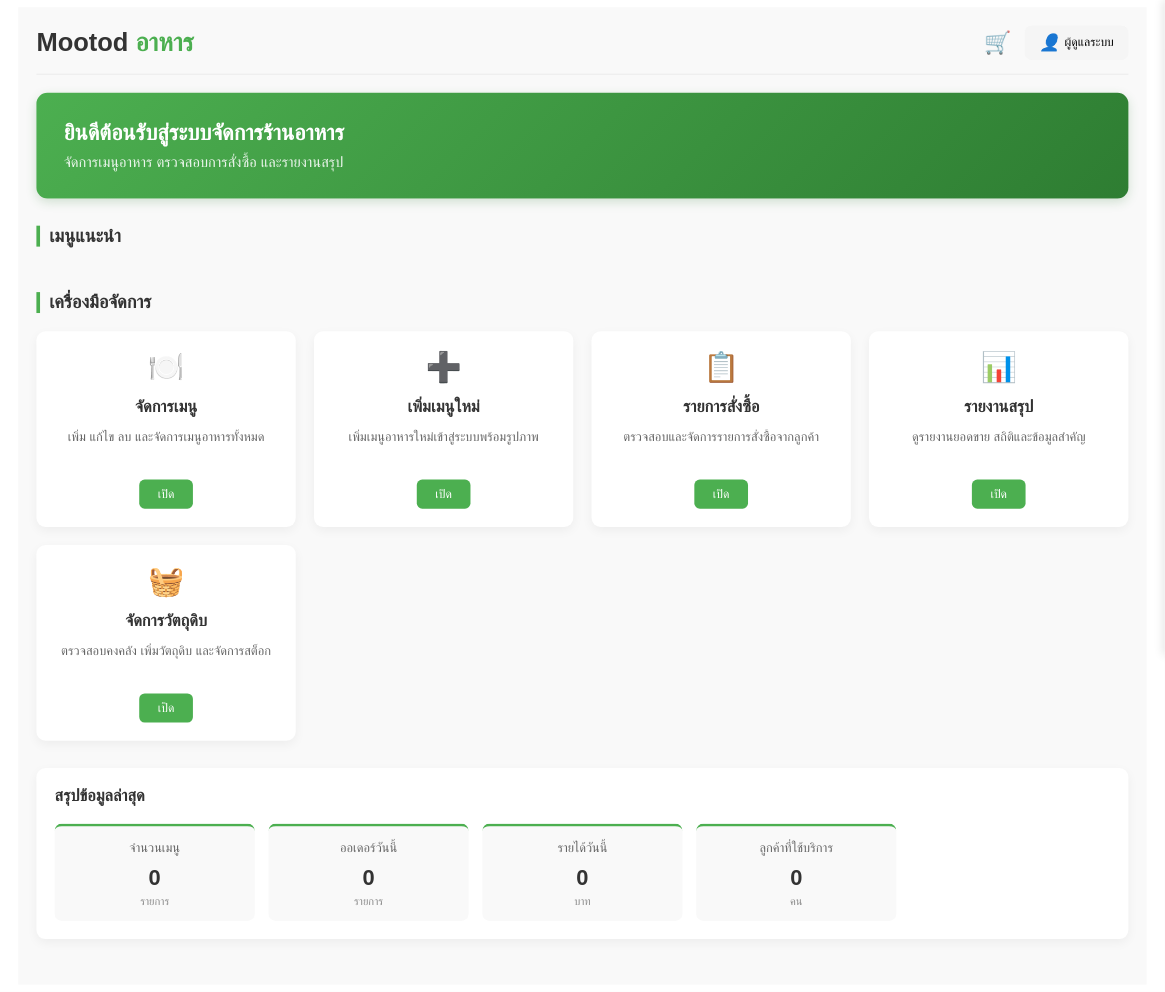
Repository: KwaunchaiJankaikot/mootod
Page: / (app in frontend/)
An editor plug-in stored every save of this project. The page is shown before and after a run of saves, followed by the edit.
The browser window is 1280 px wide. The pictures show the whole page, at 91% of full size.
The page's requests for data from a server got no answer. The project was rebuilt for these pictures with package versions that can differ from the ones it lists, and the page was loaded fresh each time. No one was signed in, and anything a server would have sent is missing. Also part of the build but not shown: frontend/vue.config.js, frontend/src/components/CheckoutPage.vue, frontend/src/components/AddMenu.vue, frontend/src/components/MenuList.vue, frontend/src/components/EditMenu.vue, frontend/src/components/InventoryPage.vue.

Above is the page before, as saved 2025-04-23 01:03:56.

After the next 2 saves:
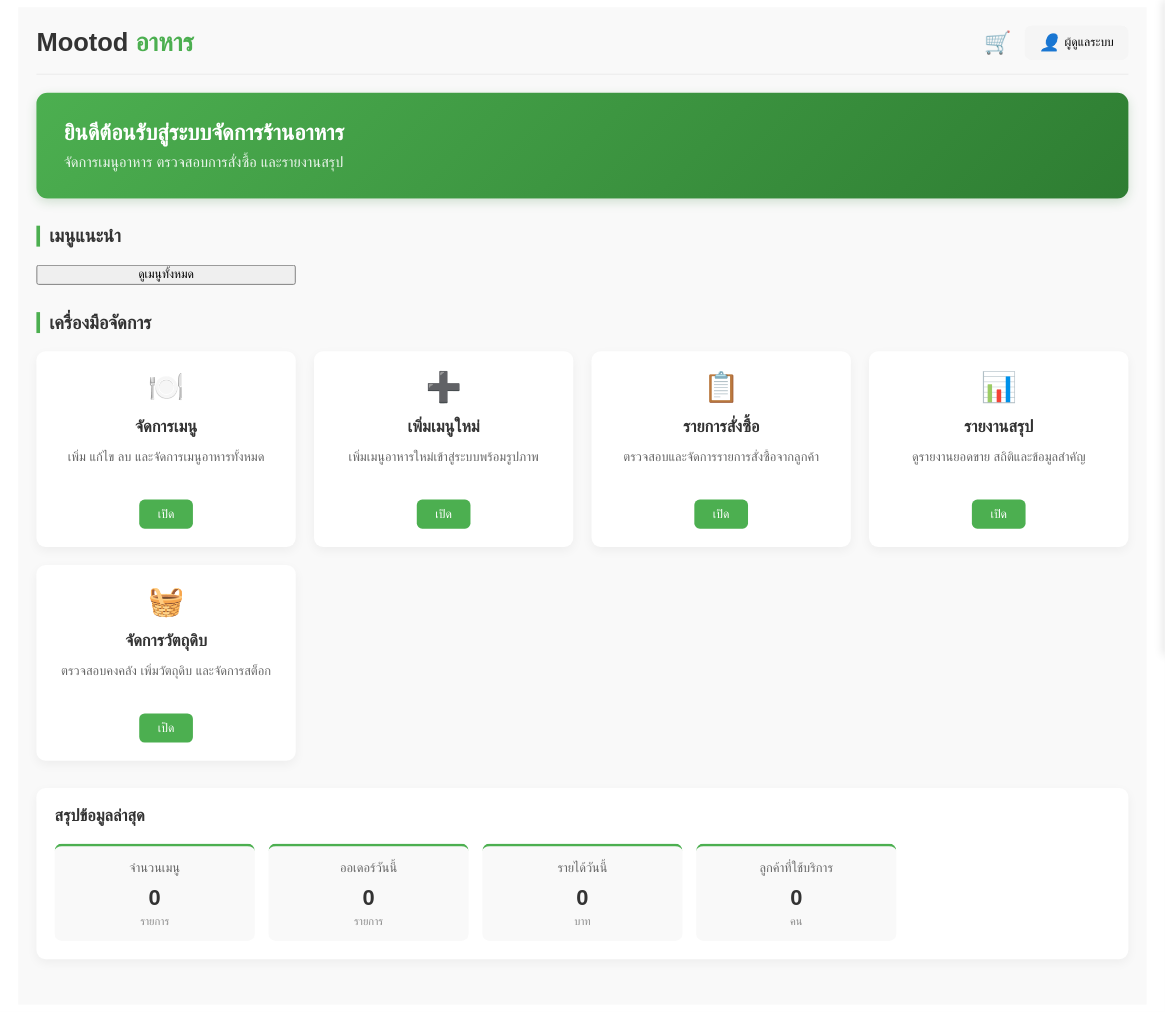
The 2 saves are shown as one change because they came seconds apart.
The last was saved 6 s later.
--- a/frontend/src/components/HomePage.vue
+++ b/frontend/src/components/HomePage.vue
@@ -60,8 +60,8 @@
             <button class="card-btn" @click="addToCart(menu)">สั่งอาหาร</button>
           </div>
         </div>
-        <button class="view-btn" @click="viewAllMenus">ดูเมนูทั้งหมด</button>
-      </div>
+      </div>
+      <button class="view-btn" @click="viewAllMenus">ดูเมนูทั้งหมด</button>
     </div>
 
     <!-- ส่วนอื่นๆ ของหน้าจัดการ -->
